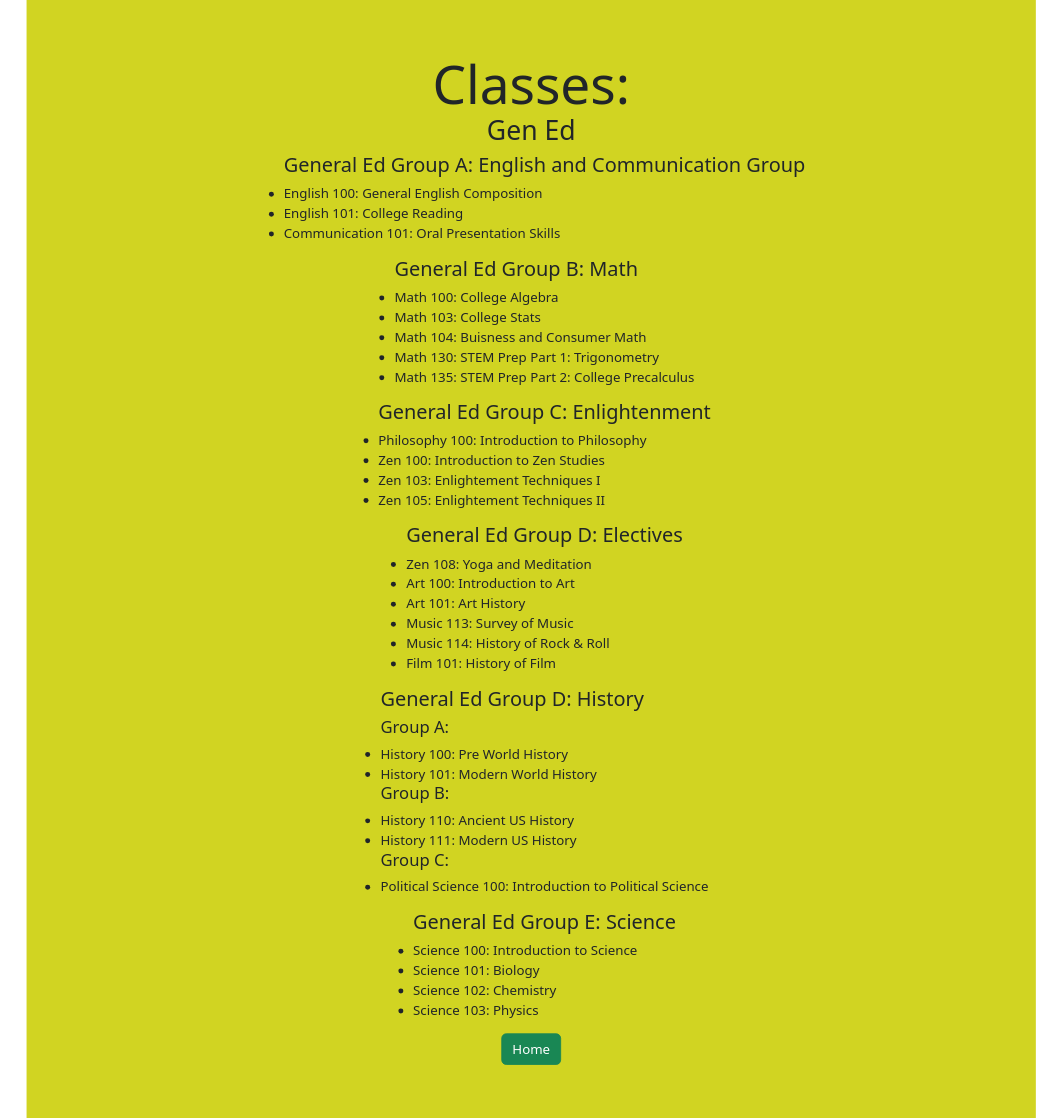
Repository: collegedude9300/zenschool
Page: /Classes
The author's editor kept a copy of each file at every save. The page is drawn from the files as they stood at one save, then again after the next save.
The browser window is 1280 px wide. The pictures show the whole page, at 83% of full size.
The project was rebuilt for these pictures with package versions that can differ from the ones it lists, and the page was loaded fresh each time. The framework's server and built-in components were replaced by stand-ins that run in the browser. Also part of the build but not shown: next.config.js.

Above is the page before, as saved 2022-10-27 15:22:52.

After the next save:
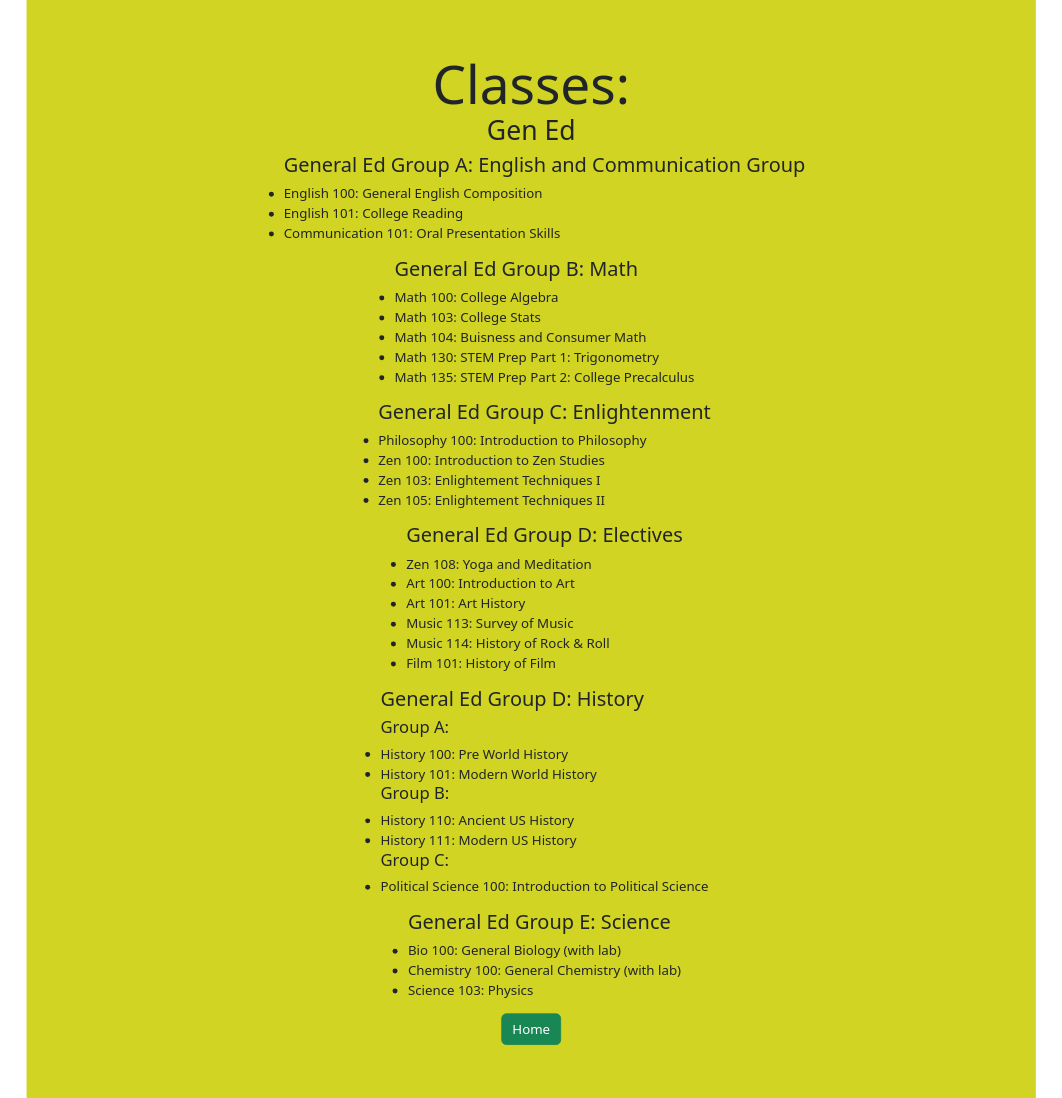
Saved 9 min 12 s later.
--- a/pages/Classes.js
+++ b/pages/Classes.js
@@ -62,9 +62,8 @@ export default function Classes() {
     </ul>
     <ul>
     <h4>General Ed Group E: Science </h4>
-    <li> Science 100: Introduction to Science </li>
-    <li> Science 101: Biology </li>
-    <li> Science 102: Chemistry </li>
+    <li> Bio 100: General Biology (with lab) </li>
+    <li> Chemistry 100: General Chemistry (with lab)</li>
     <li> Science 103: Physics </li>
     </ul>
     <Link legacyBehavior href="/">
